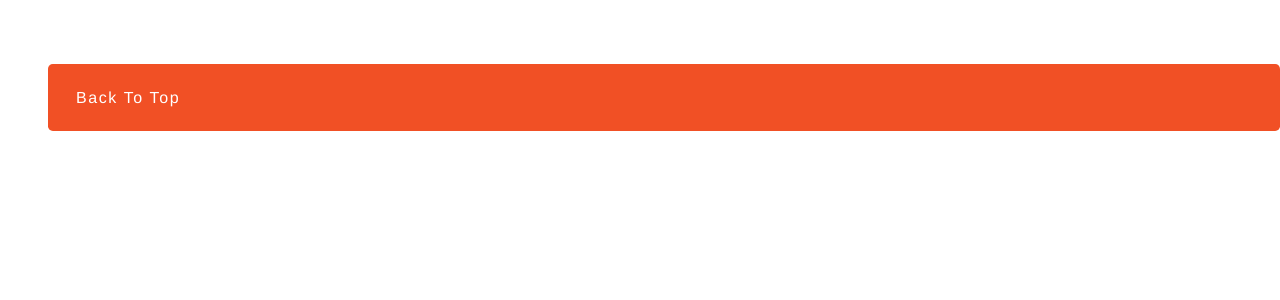
Repository: Ndifoinhilary/css_grid
Page: css-grid-learn/index.html
The author's editor kept a copy of each file at every save. The page is drawn from the files as they stood at one save, then again after the next save.
The browser window is 1280 px wide. The pictures show the whole page.

Above is the page before, as saved 2024-01-28 09:40:44.

After the next save:
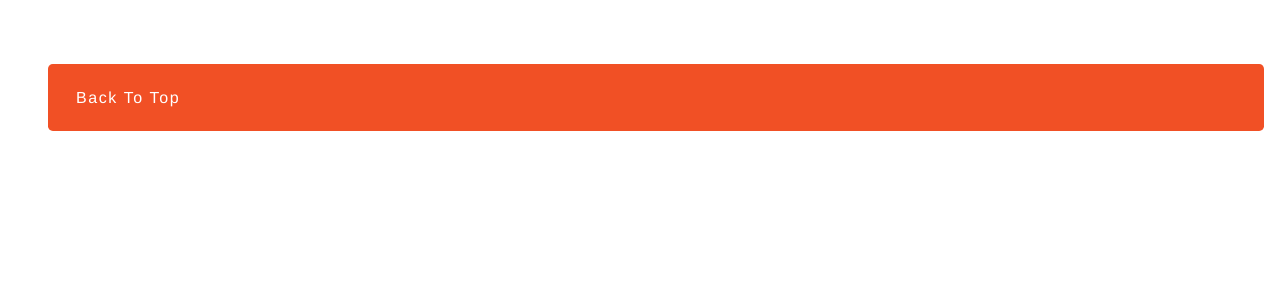
Saved 33 s later.
--- a/css-grid-learn/main.css
+++ b/css-grid-learn/main.css
@@ -81,6 +81,7 @@ p{
     border-radius: 0.3rem;
    margin-left: 3rem;
    margin-top: 4rem;
+   margin-right: 1rem;
 }
 
 
